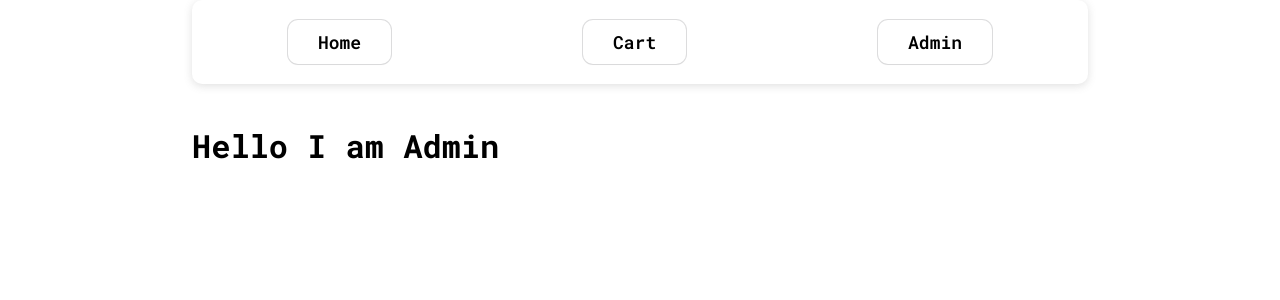
Repository: tuankiet10920/vuejs
Page: /admin
These files come from the project's save history. The page is drawn as it stood at one moment and after the next save; the edit follows.
The browser window is 1280 px wide. The pictures show the whole page.
The project was rebuilt for these pictures with package versions that can differ from the ones it lists, and the page was loaded fresh each time. Also part of the build but not shown: vite.config.js.

Above is the page before, as saved 2024-08-24 12:48:15.

After the next save:
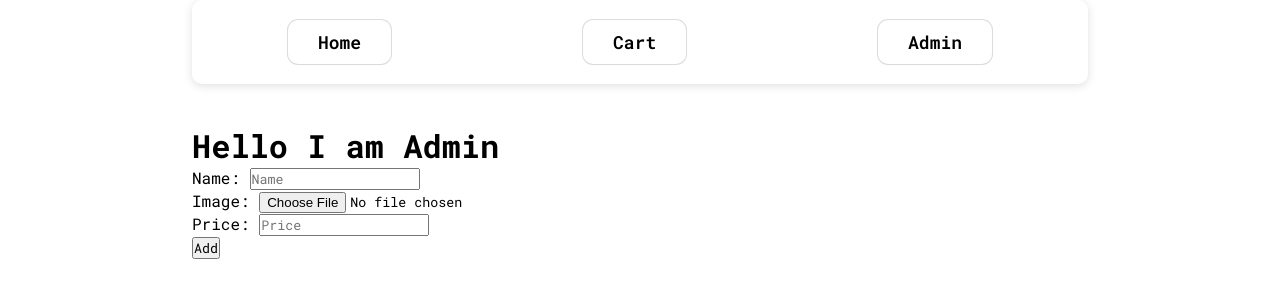
Saved 60 s later.
--- a/src/views/AdminView.vue
+++ b/src/views/AdminView.vue
@@ -1,3 +1,12 @@
 <template>
   <h1>Hello I am Admin</h1>
+  <Form />
 </template>
+<script>
+import Form from '../components/form.vue'
+export default {
+  components: {
+    Form
+  }
+}
+</script>
